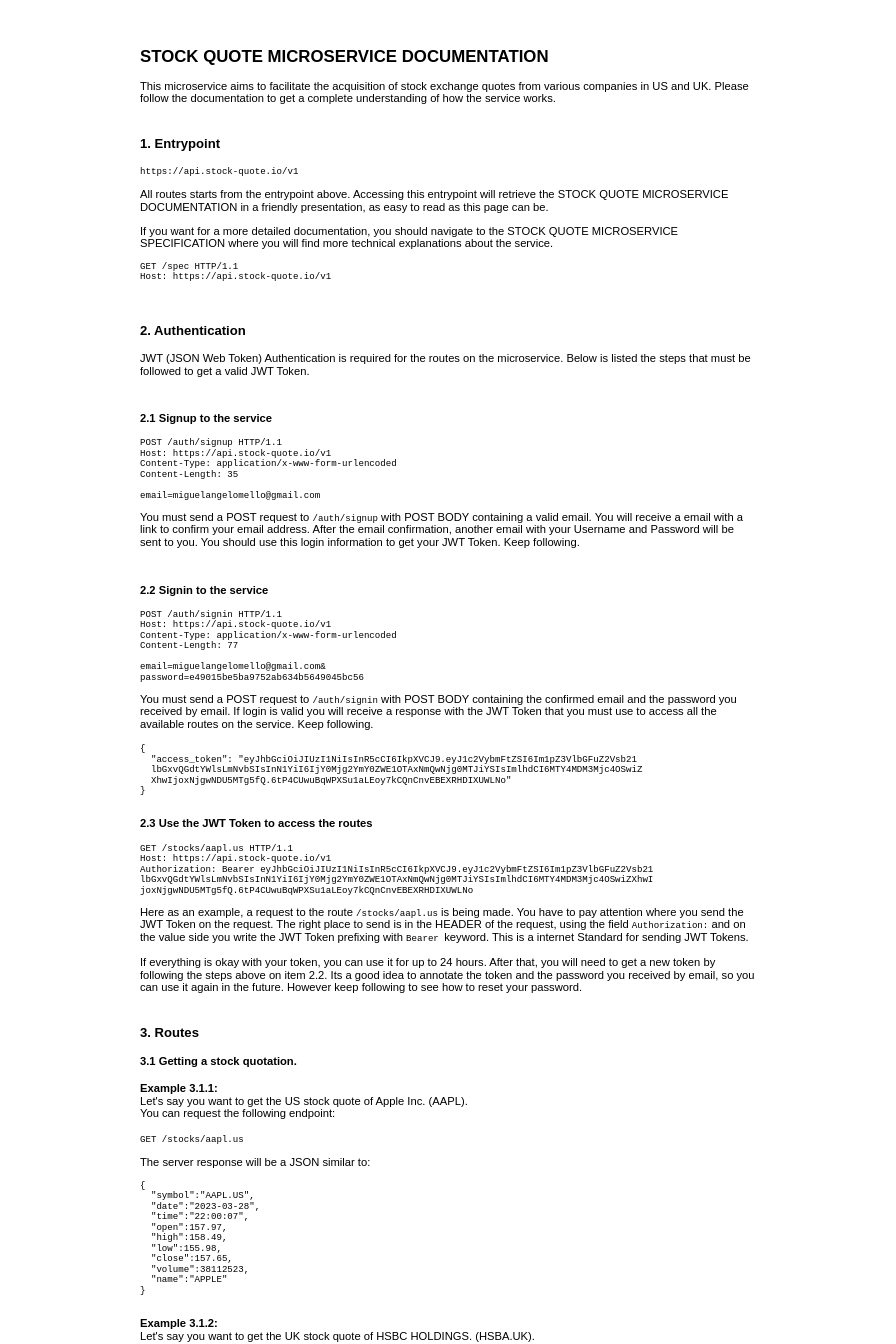
Repository: miguelamello/nest-js
Page: stock-service/documentation.html
These files come from the project's save history. The page is drawn as it stood at one moment and after the next save; the edit follows.
The browser window is 1280 px wide. The pictures show the part of the page from y = 0 to 1920 px (the page is 3294 px tall), at 70% of full size.

Above is the page before, as saved 2023-04-02 20:38:45.

After the next save:
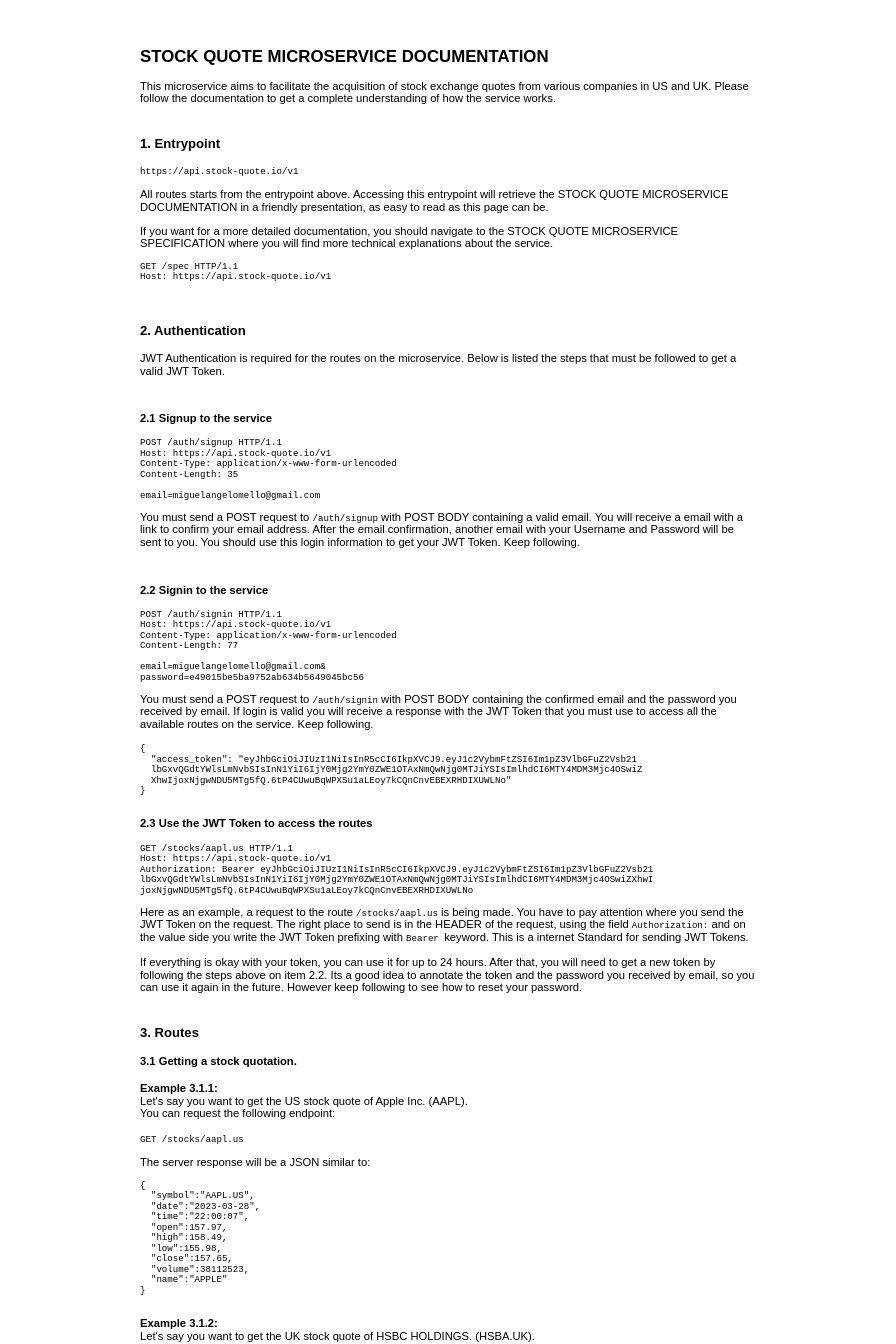
Saved 71 s later.
--- a/stock-service/documentation.html
+++ b/stock-service/documentation.html
@@ -46,7 +46,7 @@ Host: https://api.stock-quote.io/v1
   </pre>
 
   <h3>2. Authentication</h3>
-  <p>JWT (JSON Web Token) Authentication is required for the routes on the microservice.
+  <p>JWT Authentication is required for the routes on the microservice.
     Below is listed the steps that must be followed to get a valid JWT Token.</p>
 
   <p>
